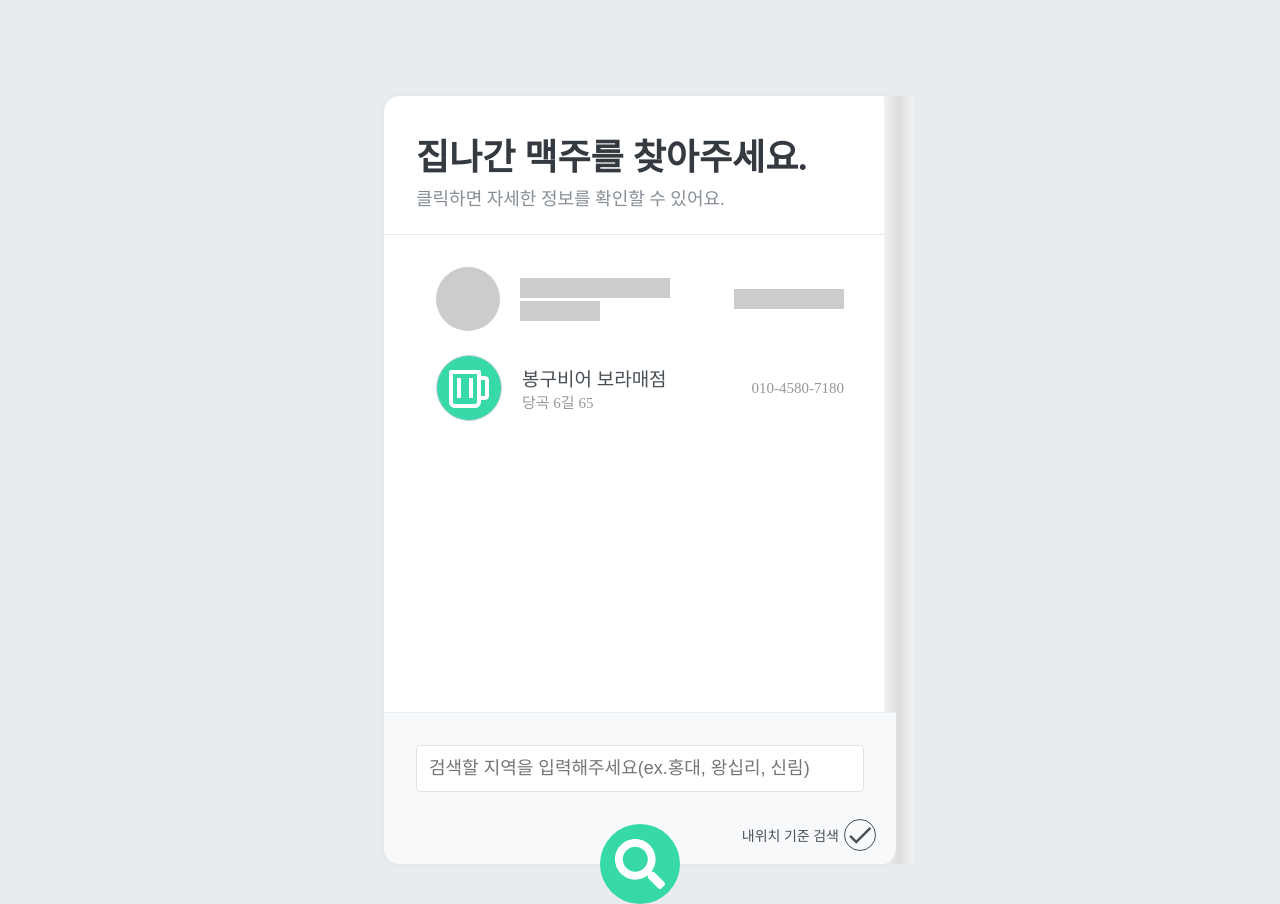
Repository: THE-SOPT-WEB/kimNamjun
Page: / (app in week4/bring-my-beer/)
These files come from the project's save history. The page is drawn as it stood at one moment and after the next save; the edit follows.
The browser window is 1280 px wide. The pictures show the whole page.
The project was rebuilt for these pictures with package versions that can differ from the ones it lists, and the page was loaded fresh each time.

Above is the page before, as saved 2022-05-13 04:03:31.

### week4/bring-my-beer/public/index.html
<!DOCTYPE html>
<html lang="en">
  <head>
    <meta charset="utf-8" />
    <link rel="icon" href="%PUBLIC_URL%/favicon.ico" />
    <meta name="viewport" content="width=device-width, initial-scale=1" />
    <meta name="theme-color" content="#000000" />
    <meta
      name="description"
      content="Web site created using create-react-app"
    />
    <link rel="apple-touch-icon" href="%PUBLIC_URL%/logo192.png" />
    <!--
      manifest.json provides metadata used when your web app is installed on a
      user's mobile device or desktop. See https://developers.google.com/web/fundamentals/web-app-manifest/
    -->
    <link rel="manifest" href="%PUBLIC_URL%/manifest.json" />
    <!--
      Notice the use of %PUBLIC_URL% in the tags above.
      It will be replaced with the URL of the `public` folder during the build.
      Only files inside the `public` folder can be referenced from the HTML.

      Unlike "/favicon.ico" or "favicon.ico", "%PUBLIC_URL%/favicon.ico" will
      work correctly both with client-side routing and a non-root public URL.
      Learn how to configure a non-root public URL by running `npm run build`.
    -->
    <title>우리동네 맥주집</title>
  </head>
  <body>
    <noscript>You need to enable JavaScript to run this app.</noscript>
    <div id="root"></div>
    <!--
      This HTML file is a template.
      If you open it directly in the browser, you will see an empty page.

      You can add webfonts, meta tags, or analytics to this file.
      The build step will place the bundled scripts into the <body> tag.

      To begin the development, run `npm start` or `yarn start`.
      To create a production bundle, use `npm run build` or `yarn build`.
    -->
  </body>
</html>

### week4/bring-my-beer/src/App.js
import React from 'react';
import { createGlobalStyle } from 'styled-components';
import Template from './components/Template';
import Header from './components/Header';
import List from './components/List';
import Search from './components/Search';
import SkeletonItem from './components/SkeletonItem';


const GlobalStyle = createGlobalStyle`
  body {
    background: #e9ecef;
  }
`;

function App() {
  return (
    <>
      <GlobalStyle />
      <Template>
        <Header />
        <List />
        <Search />
      </Template>
    </>
  );
}

export default App;

### week4/bring-my-beer/src/components/Template.jsx
import React from 'react';
import styled from 'styled-components';

const TemplateBlock = styled.div`
  width: 512px;
  height: 768px;

  position: relative;
  background: white;
  border-radius: 16px;
  box-shadow: 0 0 8px 0 rgba(0, 0, 0, 0.04);

  margin: 0 auto;

  margin-top: 96px;
  margin-bottom: 32px;
  display: flex;
  flex-direction: column;
`;

function Template({ children }) {
  return <TemplateBlock>{children}</TemplateBlock>;
}

export default Template;

### week4/bring-my-beer/src/components/Header.jsx
import React from 'react';
import styled from 'styled-components';

const HeaderBlock = styled.div`
  padding: 32px 32px 24px 32px;
  border-bottom: 1px solid #e9ecef;
  h1 {
    margin: 0;
    font-size: 36px;
    color: #343a40;
  }
  .tip {
    margin-top: 4px;
    color: #868e96;
    font-size: 18px;
  }
`;

function Header() {
  return (
    <HeaderBlock>
      <h1>집나간 맥주를 찾아주세요. </h1>
      <div className="tip">클릭하면 자세한 정보를 확인할 수 있어요.</div>
    </HeaderBlock>
  );
}

export default Header;

### week4/bring-my-beer/src/components/List.jsx
import React from 'react';
import axios from "axios";
import Skeleton, { SkeletonTheme } from 'react-loading-skeleton'
import styled from 'styled-components';
import Item from './Item';
import SkeletonItem from './SkeletonItem';

const ListBlock = styled.div`
  flex: 1;
  padding: 20px 32px;
  padding-bottom: 48px;
  overflow-y: auto;
`;

function List() {
  return (
    <ListBlock>
      <SkeletonItem/>
      <Item title="봉구비어 보라매점" adress='당곡 6길 65' contact='010-4580-7180'/>
    </ListBlock>
  );
}

export default List;

### week4/bring-my-beer/src/components/Search.jsx
import React, {useState} from 'react';
import styled, {css} from 'styled-components';
import { FaSearch } from 'react-icons/fa';
import { MdDone } from 'react-icons/md';

const CircleButton = styled.button`
  background: #38d9a9;
  &:hover {
    background: #63e6be;
  }
  &:active {
    background: #20c997;
  }

  cursor: pointer;
  width: 80px;
  height: 80px;
  display: block;
  align-items: center;
  justify-content: center;
  font-size: 50px;
  position: absolute;
  left: 50%;
  bottom: 0px;
  transform: translate(-50%, 50%);
  color: white;
  border-radius: 50%;
  border: none;
  outline: none;
  display: flex;
  align-items: center;
  justify-content: center;
  transition: 0.125s all ease-in;

`;

const InsertFormPositioner = styled.div`
  width: 100%;
  bottom: 0;
  left: 0;
  position: absolute;
`;

const InsertForm = styled.form`
  background: #f8f9fa;
  padding: 32px 32px 72px 32px;
  border-bottom-left-radius: 16px;
  border-bottom-right-radius: 16px;
  border-top: 1px solid #e9ecef;
`;

const Input = styled.input`
  padding: 12px;
  border-radius: 4px;
  border: 1px solid #dee2e6;
  width: 100%;
  outline: none;
  font-size: 18px;
  box-sizing: border-box;
`;

const CheckBox = styled.div`
  font-size: 14px;
  position: absolute;
  right: 20px;
  bottom: 5px;
  display: flex;
  align-items: center;
  justify-content: center;
  transition: 0.125s all ease-in;
  color: #495057;
`

const SmallCheckButton = styled.div`
  &:hover {
    border: 1px solid #38d9a9;
    color:#38d9a9;
  }
  &:active {
    border: 1px solid #20c997;;
    color:#20c997;;
  }

  cursor: pointer;
  width: 30px;
  height: 30px;
  font-size: 50px;
  color: #495057;
  border: 1px solid #495057;
  border-radius: 50%;
  margin-left: 5px;
  display: flex;
  align-items: center;
  justify-content: center;

  transition: 0.125s all ease-in;
  ${props =>
    props.checked &&
    css`
      border: 1px solid #38d9a9;
      color:#38d9a9;
    `}
`

function Search() {

  const [checked, setChecked] = useState(false);

  const onToggle = () => setChecked(!checked);

  return (
    <>
        <InsertFormPositioner>
          <InsertForm>
            <Input autoFocus placeholder="검색할 지역을 입력해주세요(ex.홍대, 왕십리, 신림)" disabled={checked ? true : false } />
          </InsertForm>
        </InsertFormPositioner>
      <CircleButton>
        <FaSearch/>
      </CircleButton>
      <CheckBox>
        <p> 내위치 기준 검색</p>
        <SmallCheckButton onClick={onToggle} checked={ checked ? true : false }>
          <MdDone/>
        </SmallCheckButton>
      </CheckBox>

    </>
  );
}

export default Search;

### week4/bring-my-beer/src/components/SkeletonItem.jsx
import React from 'react';
import styled  from 'styled-components';





const SkeletonBlock = styled.div`
    display: flex;
    align-items: center;
    padding: 12px 20px;

    @keyframes loading {
    0% {
        transform: translateX(0);
    }
    50%,
    100% {
        transform: translateX(500px);
        }
    }

    &::before{
        content: '';
        position: absolute;
        top: 0;
        left: 0;
        width: 30px;
        height: 100%;
        background: linear-gradient(to right, #f2f2f2, #ddd, #f2f2f2);
        animation: loading 2s infinite linear;
    }
`;

const SkeletonIcon = styled.div`
    width: 64px;
    height: 64px;
    border-radius: 50px;
    margin-right: 20px;
    background-color: #ccc;
    overflow: hidden;
    position: relative;
`;

const SkeletonTitleBox = styled.div`
    flex-grow: 1;
`

const SkeletonTitle = styled.div`
    width: 150px;
    height:20px;
    background-color: #ccc;
`;

const SkeletonAdress = styled.div`
    width: 80px;
    margin-top: 3px;
    height:20px;
    background-color: #ccc;
`

const  SkeletonContact = styled.div`
    width: 110px;
    height:20px;
    background-color: #ccc;
`

function SkeletonItem({ title,adress,contact }) {
    return (
    <SkeletonBlock>
        <SkeletonIcon/>
    <SkeletonTitleBox>
        <SkeletonTitle/>
        <SkeletonAdress/>
    </SkeletonTitleBox>
    <SkeletonContact/>
    </SkeletonBlock>
    );
}

export default SkeletonItem;

### week4/bring-my-beer/src/components/Item.jsx
import React from 'react';
import styled  from 'styled-components';
import { BiBeer } from 'react-icons/bi';

const ItemBlock = styled.div`
  display: flex;
  align-items: center;
  padding: 12px 20px;
  border-radius:10px;
  transition: 0.25s all ease-in;
  cursor: pointer;
  &:hover{
    transform: scale(1.05);
  }
`;

const Icon = styled.div`
  width: 64px;
  height: 64px;
  border-radius: 50px;
  border: 1px solid #ced4da;
  font-size: 48px;
  display: flex;
  align-items: center;
  justify-content: center;
  margin-right: 20px;
  cursor: pointer;
  background-color: #38d9a9;
  color: #fff;
`;

const Title = styled.div`
  flex: 1;
  font-size: 19px;
  color: #495057;
`;

const Adress = styled.div`
  font-size: 15px;
  color: #94979b;
`

const  Contact = styled.div`
  font-size: 15px;
  color: #94979b;
`

function Item({ title,adress,contact }) {
  return (
    <ItemBlock>
      <Icon >
        <BiBeer />
      </Icon>
      <Title >{title}
        <Adress>{adress}</Adress>
      </Title>
      <Contact>{contact}</Contact>
    </ItemBlock>
  );
}

export default Item;

Loaded but not shown: week4/bring-my-beer/src/index.js (common file)

After the next save:
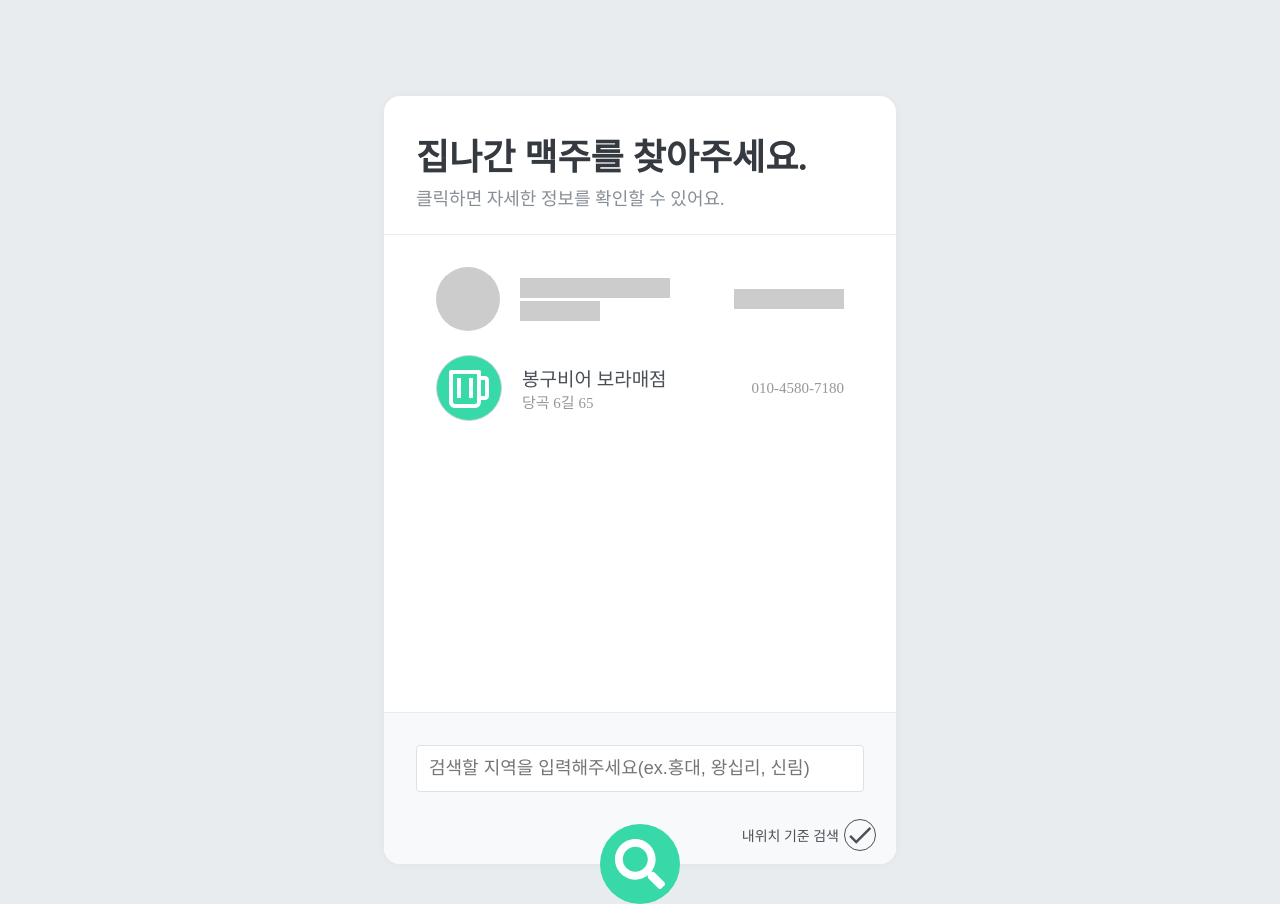
Saved 109 s later.
--- a/week4/bring-my-beer/src/components/SkeletonItem.jsx
+++ b/week4/bring-my-beer/src/components/SkeletonItem.jsx
@@ -9,6 +9,9 @@ const SkeletonBlock = styled.div`
     display: flex;
     align-items: center;
     padding: 12px 20px;
+    overflow: hidden;
+    position: relative;
+
 
     @keyframes loading {
     0% {
